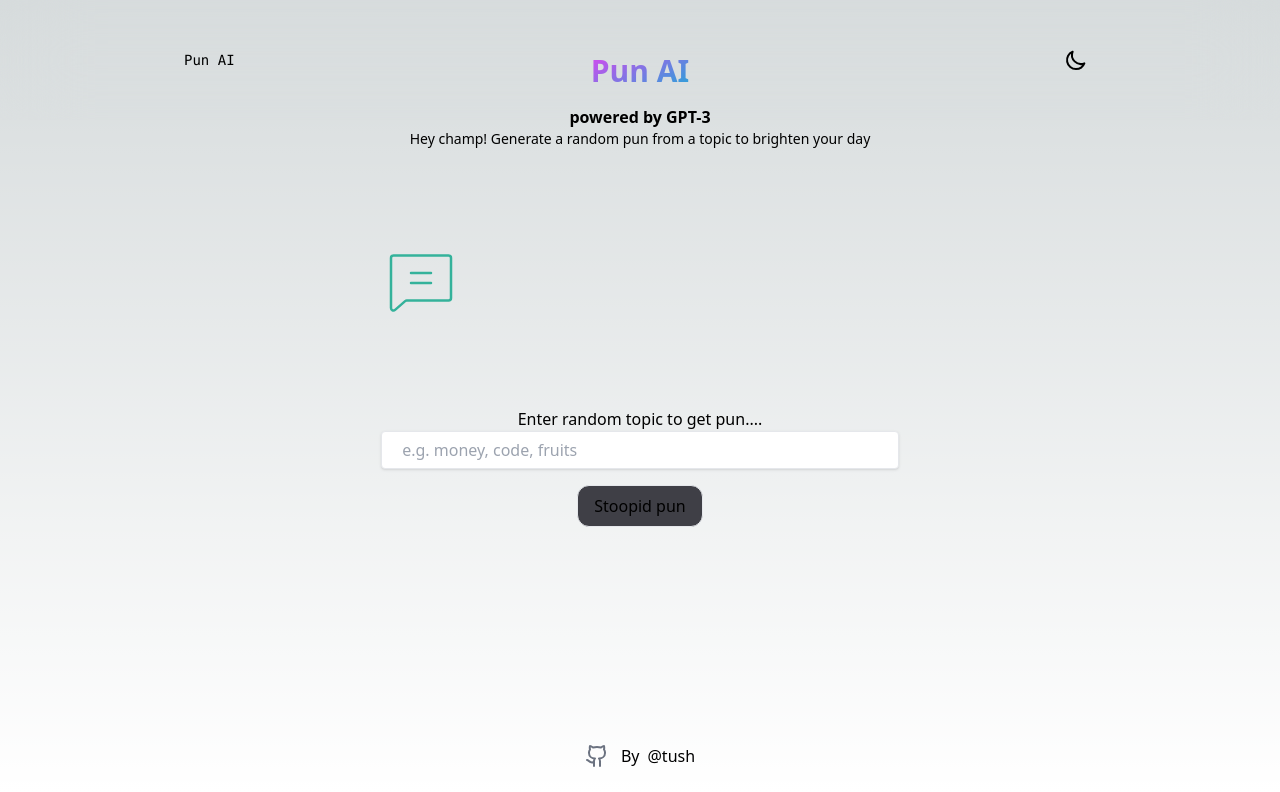
Repository: tushcmd/next-puns-ai
Page: /
An editor plug-in stored every save of this project. The page is shown before and after the next save, followed by the edit.
The browser window is 1280 px wide. The pictures show the whole page.
The project was rebuilt for these pictures with package versions that can differ from the ones it lists, and the page was loaded fresh each time. The framework's server and built-in components were replaced by stand-ins that run in the browser. Also part of the build but not shown: next.config.mjs, app/components/Spinner.tsx.

Above is the page before, as saved 2024-03-09 18:24:40.

### app/layout.tsx
import type { Metadata } from "next";
import { Inter } from "next/font/google";
import "./globals.css";
import { Providers } from './components/providers'

const inter = Inter({ subsets: ["latin"] });

export const metadata: Metadata = {
  title: "Create Next App",
  description: "Generated by create next app",
};

export default function RootLayout({
  children,
}: Readonly<{
  children: React.ReactNode;
}>) {
  return (
    <html lang="en">
      <body className={`bg-background text-color {inter.className} w-full overflow-y-visible overflow-x-hidden`}>
        <Providers>
          {children}
        </Providers>

      </body>
    </html>
  );
}

### app/page.tsx
import Footer from "./components/footer";
import Header from "./components/header";
import Hero from "./components/hero";



export default function Home() {

  return (
    <main className="flex min-h-screen flex-col items-center">
      <Header />
      <Hero />
      <Footer />
    </main>
  );
}



 {/* async function handleSubmit(e: FormEvent:<HTMLFormElement>) {
    return ;
  }    */}

{/*Nav*/}
{/*
      <div className="z-10 max-w-5xl w-full items-center justify-between font-mono text-sm lg:flex">
        <p className="fixed left-0 top-0 flex w-full justify-center border-b border-gray-300 bg-gradient-to-b from-zinc-200 py-2 backdrop-blur-2xl dark:border-neutral-800 dark:bg-zinc-800/30 dark:from-inherit lg:static lg:w-auto  lg:rounded-xl lg:border lg:bg-gray-200 lg:p-0 lg:dark:bg-zinc-800/30">
          Pun AI
        </p>

        <div className="fixed bottom-0 left-0 flex h-48 w-full items-end justify-center bg-gradient-to-t from-white via-white dark:from-black dark:via-black lg:static lg:h-auto lg:w-auto lg:bg-none">
          {/*<div>
            Dak
       </div>
          <a
            className="pointer-events-none flex place-items-center gap-2 p-8 lg:pointer-events-auto lg:p-0"
            href="https://tushdev.co/"
            target="_blank"
            rel="noopener noreferrer"
          >
            By{" "}
            <p>@tush</p>
          </a>
        </div>
      </div>

      <div className="relative flex flex-col place-items-center before:absolute before:h-[300px] before:w-full sm:before:w-[480px] before:-translate-x-1/2 before:rounded-full before:bg-gradient-radial before:from-white before:to-transparent before:blur-2xl before:content-[''] after:absolute after:-z-20 after:h-[180px] after:w-full sm:after:w-[240px] after:translate-x-1/3 after:bg-gradient-conic after:from-sky-200 after:via-blue-200 after:blur-2xl after:content-[''] before:dark:bg-gradient-to-br before:dark:from-transparent before:dark:to-blue-700 before:dark:opacity-10 after:dark:from-sky-900 after:dark:via-[#0141ff] after:dark:opacity-40 before:lg:h-[360px] z-[-1]">
        <p className="p-4 lg:pb-8 text-xl">
          Generate a random pun from a topic to brighten your day <br /> with Pun AI
        </p>
        <svg
          xmlns="http://www.w3.org/2000/svg"
          width="156"
          height="156"
          viewBox="0 0 24 24"
          fill="none"
          stroke="#FFFFFF"
          stroke-width="2"
          stroke-linecap="round"
          stroke-linejoin="round"
          className="lucide lucide-smile"><circle cx="12" cy="12" r="10" /><path d="M8 14s1.5 2 4 2 4-2 4-2" /><line x1="9" x2="9.01" y1="9" y2="9" /><line x1="15" x2="15.01" y1="9" y2="9"
          />
        </svg>
      </div>

      <form className="flex flex-col justify-between mb-32 text-center lg:max-w-3xl lg:w-full lg:mb-0 lg:grid-cols-4">
        <div className='w-full mb-4'>
          <label className="block items-center justify-center mb-4" htmlFor="prompt-input">
            Enter random topic to get pun...
          </label>
          <input
            className="shadow appearance-none border rounded w-full py-2 px-3 text-gray-700 leading-tight focus:outline-none focus:shadow-outline"
            id="prompt-input"
            type="text"
            placeholder="e.g. money, code, fruits">
          </input>
        </div>
        <button
          type="submit"
          className="bg-blue-500 hover:bg-blue-700 text-white font-bold py-2 px-4 rounded focus:outline-none focus:shadow-outline"
        >
          Generate Pun
        </button>
      </form> */}

### app/globals.css
@tailwind base;
@tailwind components;
@tailwind utilities;


@layer base {
  :root {
    --foreground-rgb: 0, 0, 0;
    --background-start-rgb: 214, 219, 220;
    --background-end-rgb: 255, 255, 255;
  }

  [data-theme="dark"] {
    --foreground-rgb: 255, 255, 255;
    --background-start-rgb: 0, 0, 0;
    --background-end-rgb: 0, 0, 0;
  }


}


* {
  scroll-behavior: smooth;
}


body {
  color: rgb(var(--foreground-rgb));
  background: linear-gradient(
      to bottom,
      transparent,
      rgb(var(--background-end-rgb))
    )
    rgb(var(--background-start-rgb));
}

@layer utilities {
  .text-balance {
    text-wrap: balance;
  }
}

### app/components/providers.tsx
// app/providers.jsx

'use client'

import { ThemeProvider } from 'next-themes'
import React from 'react'

interface ProvidersProps {
  children: React.ReactNode;
}

export function Providers({ children }: ProvidersProps) {
  return <ThemeProvider>{children}</ThemeProvider>
}

### app/components/footer.tsx
import Link from "next/link";


export default function Footer() {
    return (
        <div className="inline-flex p-6 max-w-3xl gap-3 items-center text-center">
            <div>
                <Link
                    href="https://github.com/tushcmd/next-puns-ai"
                    target="_blank"
                    rel="noreferrer"
                    className="text-gray-500 hover:text-gray-900 dark:text-gray-400 dark:hover:text-gray-200"
                >
                    <svg xmlns="http://www.w3.org/2000/svg" width="24" height="24" viewBox="0 0 24 24" fill="none" stroke="currentColor" stroke-width="2" stroke-linecap="round" stroke-linejoin="round" className="lucide lucide-github"><path d="M15 22v-4a4.8 4.8 0 0 0-1-3.5c3 0 6-2 6-5.5.08-1.25-.27-2.48-1-3.5.28-1.15.28-2.35 0-3.5 0 0-1 0-3 1.5-2.64-.5-5.36-.5-8 0C6 2 5 2 5 2c-.3 1.15-.3 2.35 0 3.5A5.403 5.403 0 0 0 4 9c0 3.5 3 5.5 6 5.5-.39.49-.68 1.05-.85 1.65-.17.6-.22 1.23-.15 1.85v4" /><path d="M9 18c-4.51 2-5-2-7-2" /></svg>
                </Link>
            </div>
            <Link
                className="pointer-events-none flex place-items-center gap-2 px-8 lg:pointer-events-auto lg:p-0"
                href="https://tushdev.co/"
                target="_blank"
                rel="noopener noreferrer"
            >
                By{" "}
                <p>@tush</p>
            </Link>

        </div>
    )
}

### app/components/header.tsx
import Link from "next/link";
import ThemeSwitchButton from "./ThemeSwitchButton";

export default function Header() {
    return (
        <header className="fixed flex justify-center items-center w-full t-0 md:pb-4 md:pt-4 backdrop-blur-2xl">
            <div className="flex flex-row items-center w-full p-6 md:max-w-5xl justify-between font-mono text-sm">
                <Link
                    className="px-2 md:px-8"
                    href='/'
                >
                    Pun AI
                </Link>

                <div className="px-2 md:px-8">
                    <ThemeSwitchButton />
                </div>
            </div>
        </header>


    );
}

### app/components/hero.tsx
'use client'

import { useState, FormEvent } from "react";
import Spinner from "./Spinner";




export default function Hero() {

    const [pun, setPun] = useState("");
    const [punLoading, setPunLoading] = useState(false);
    const [punLoadingError, setPunLoadingError] = useState(false);

    async function handleSubmit(e: FormEvent<HTMLFormElement>) {
        e.preventDefault();
        const formData = new FormData(e.target as HTMLFormElement);
        const prompt = formData.get("prompt")?.toString().trim();

        if (prompt) {
            try {
                setPun("");
                setPunLoadingError(false);
                setPunLoading(true);

                const response = await fetch("/api/cringe?prompt=" + encodeURIComponent(prompt));
                const body = await response.json();
                setPun(body.pun);
            } catch (error) {
                console.error(error);
                setPunLoadingError(true);
            } finally {
                setPunLoading(false);
            }
        }
    }



    return (
        <div className="flex flex-col relative justify-center items-center h-screen md:py-10 py-6 overflow-wrap max-w-3xl px-5">
            <p className="text-3xl font-bold pb-4 bg-gradient-to-br from-fuchsia-500 to-cyan-500 bg-clip-text text-transparent">Pun AI</p>
            <p className="text-base font-bold">powered by GPT-3</p>
            <div className="text-sm">Hey champ! Generate a random pun from a topic to brighten your day</div>
            <div className='mx-[2rem] relative w-full flex items-center aspect-[10/5]'>
                <svg xmlns="http://www.w3.org/2000/svg" width="80" height="80" fill="#34b29b" viewBox="0 0 256 256"><path d="M216,52H40A12,12,0,0,0,28,64V224a11.89,11.89,0,0,0,6.93,10.88A12.17,12.17,0,0,0,40,236a11.89,11.89,0,0,0,7.69-2.83l.06-.06,32.14-28.17A4,4,0,0,1,82.5,204H216a12,12,0,0,0,12-12V64A12,12,0,0,0,216,52Zm4,140a4,4,0,0,1-4,4H82.5a12.1,12.1,0,0,0-7.79,2.87l-32.16,28.2A4,4,0,0,1,36,224V64a4,4,0,0,1,4-4H216a4,4,0,0,1,4,4Zm-56-80a4,4,0,0,1-4,4H96a4,4,0,0,1,0-8h64A4,4,0,0,1,164,112Zm0,32a4,4,0,0,1-4,4H96a4,4,0,0,1,0-8h64A4,4,0,0,1,164,144Z"></path></svg>
            </div>
            <form onSubmit={handleSubmit} className='flex flex-col mb-32 text-center items-center'>
                <div className='mb-4'>
                    <label
                        className="pb-8"
                    >
                        Enter random topic to get pun....
                    </label>
                    <input
                        className="shadow appearance-none border rounded w-full py-2 px-5 bg-white text-black dark:text-white leading-tight focus:outline-none focus:shadow-outline"
                        id="prompt-input"
                        type="text"
                        placeholder="e.g. money, code, fruits">
                    </input>
                </div>
                <button type='submit' className='mb-3 border static rounded-xl bg-zinc-700 py-2 px-4 hover:bg-zinc-400 dark:bg-white' disabled={punLoading}>
                    Stoopid pun
                </button>
            </form>

            {punLoading && <Spinner />}
            {punLoadingError && "Something went wrong. Please try again."}
            {pun && <h5>{pun}</h5>}
        </div>
    )
}

### app/components/ThemeSwitchButton.tsx
'use client'

import { useEffect, useState } from 'react';
import { useTheme } from 'next-themes';

export default function ThemeSwitchButton() {
    const [mounted, setMounted] = useState(false);
    const { resolvedTheme, setTheme } = useTheme();
    // After mounting, we have access to the theme
    useEffect(() => setMounted(true), []);

    return (

        <button
            aria-label="Toggle Dark Mode"
            type="button"
            className="w-10 h-10 flex items-center justify-center hover:bg-neutral-200 hover:dark:bg-neutral-600 rounded-full transition-all"
            onClick={() =>
                setTheme(resolvedTheme === "dark" ? "light" : "dark")
            }
        >
            {mounted && (
                <svg xmlns="http://www.w3.org/2000/svg"
                    fill="none"
                    viewBox="0 0 24 24"
                    strokeWidth="1.5"
                    stroke="currentColor"
                    className="w-6 h-6 switch">

                    {resolvedTheme === "dark" ? (
                        <path
                            strokeLinecap="round"
                            strokeLinejoin="round"
                            strokeWidth={2}
                            d="M12 3v1m0 16v1m9-9h-1M4 12H3m15.364 6.364l-.707-.707M6.343 6.343l-.707-.707m12.728 0l-.707.707M6.343 17.657l-.707.707M16 12a4 4 0 11-8 0 4 4 0 018 0z"
                        />

                    ) : (
                        <path
                            strokeLinecap="round"
                            strokeLinejoin="round"
                            strokeWidth={2}
                            d="M20.354 15.354A9 9 0 018.646 3.646 9.003 9.003 0 0012 21a9.003 9.003 0 008.354-5.646z"
                        />

                    )}
                </svg>
            )
            }
        </button >

    )
}

### tailwind.config.ts
import type { Config } from "tailwindcss";

const config: Config = {
  darkMode: "class",
  content: [
    "./pages/**/*.{js,ts,jsx,tsx,mdx}",
    "./components/**/*.{js,ts,jsx,tsx,mdx}",
    "./app/**/*.{js,ts,jsx,tsx,mdx}",
  ],
  theme: {
    extend: {
      backgroundImage: {
        "gradient-radial": "radial-gradient(var(--tw-gradient-stops))",
        "gradient-conic":
          "conic-gradient(from 180deg at 50% 50%, var(--tw-gradient-stops))",
      },

      screens: {
        sm: '480px',
        md: '768px',
        lg: '976px',
        xl: '1440px',
      },
    },
  },
  plugins: [],
};
export default config;

After the next save:
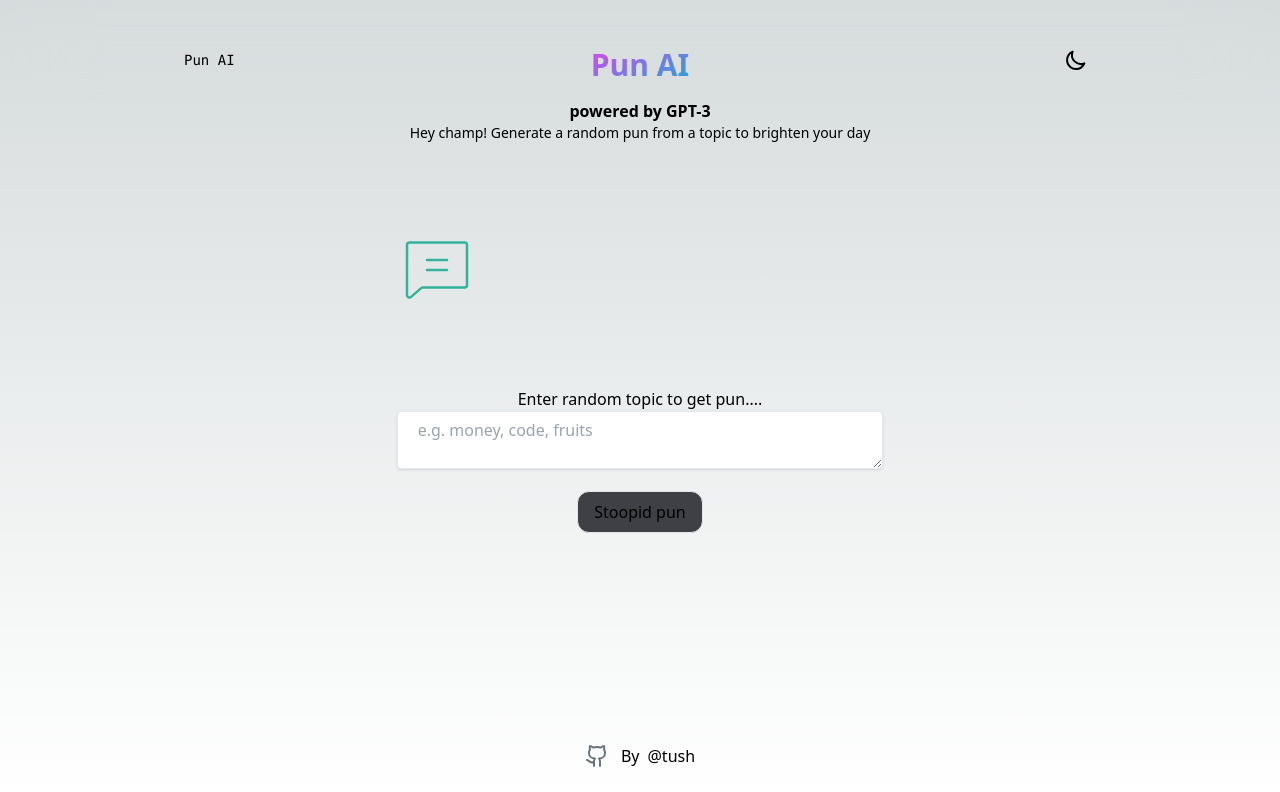
Saved 28 min 29 s later.
--- a/app/components/hero.tsx
+++ b/app/components/hero.tsx
@@ -52,12 +52,13 @@
                     >
                         Enter random topic to get pun....
                     </label>
-                    <input
+                    <textarea
+                        value={prompt}
                         className="shadow appearance-none border rounded w-full py-2 px-5 bg-white text-black dark:text-white leading-tight focus:outline-none focus:shadow-outline"
                         id="prompt-input"
                         type="text"
                         placeholder="e.g. money, code, fruits">
-                    </input>
+                    </textarea>
                 </div>
                 <button type='submit' className='mb-3 border static rounded-xl bg-zinc-700 py-2 px-4 hover:bg-zinc-400 dark:bg-white' disabled={punLoading}>
                     Stoopid pun

After the save that followed:
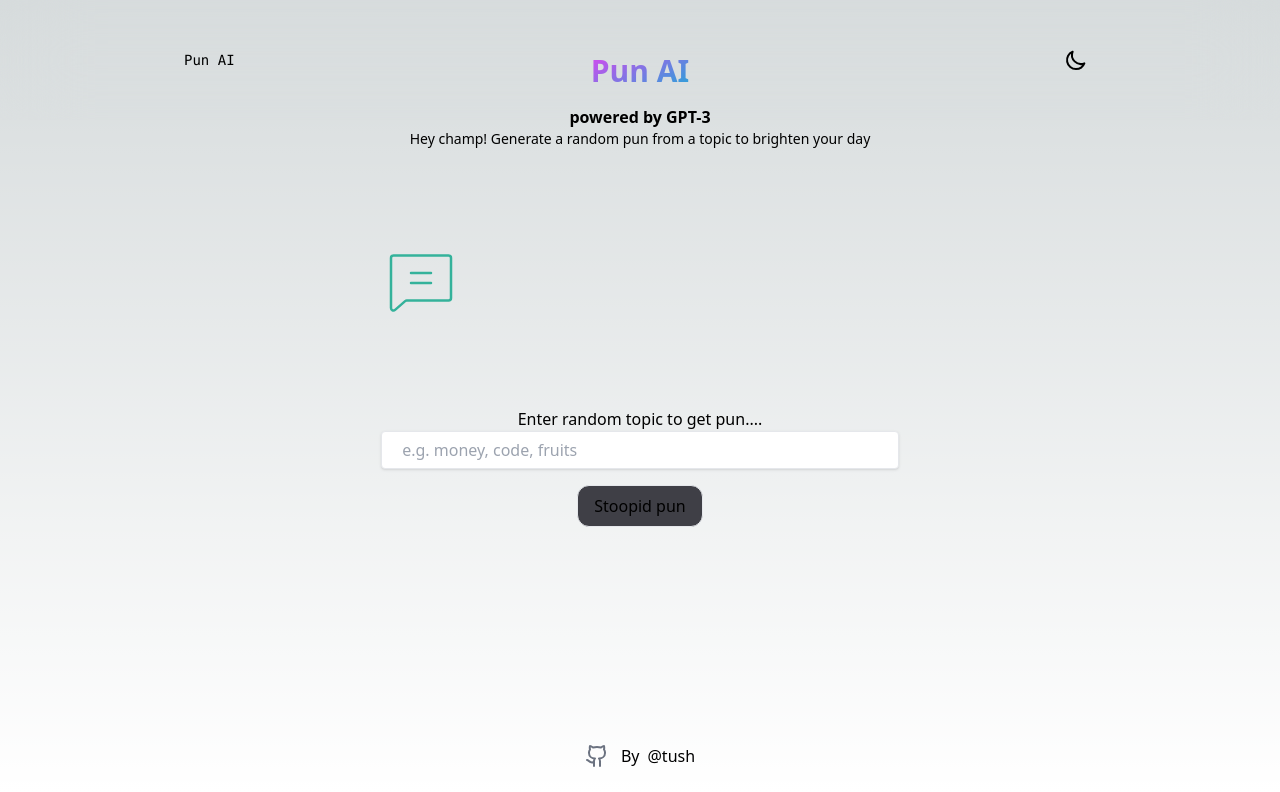
Saved 67 s later.
--- a/app/components/hero.tsx
+++ b/app/components/hero.tsx
@@ -52,13 +52,12 @@
                     >
                         Enter random topic to get pun....
                     </label>
-                    <textarea
-                        value={prompt}
+                    <input
                         className="shadow appearance-none border rounded w-full py-2 px-5 bg-white text-black dark:text-white leading-tight focus:outline-none focus:shadow-outline"
                         id="prompt-input"
                         type="text"
                         placeholder="e.g. money, code, fruits">
-                    </textarea>
+                    </input>
                 </div>
                 <button type='submit' className='mb-3 border static rounded-xl bg-zinc-700 py-2 px-4 hover:bg-zinc-400 dark:bg-white' disabled={punLoading}>
                     Stoopid pun
